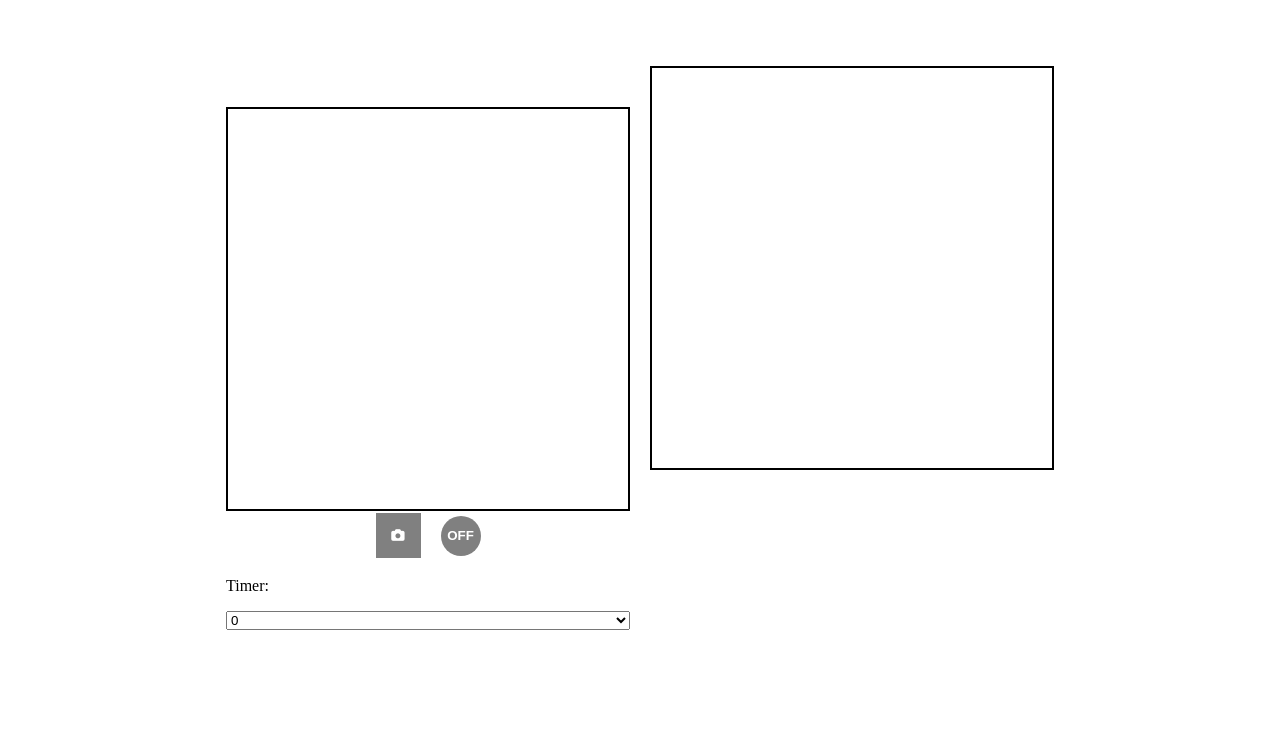
Repository: dmpelaez/photoBoothy
Page: Photobooth.html
The author's editor kept a copy of each file at every save. The page is drawn from the files as they stood at one save, then again after a run of saves.
The browser window is 1280 px wide. The pictures show the whole page.
Some web libraries are served in a nearby version.

Above is the page before, as saved 2025-12-16 23:18:59.

After the next 3 saves:
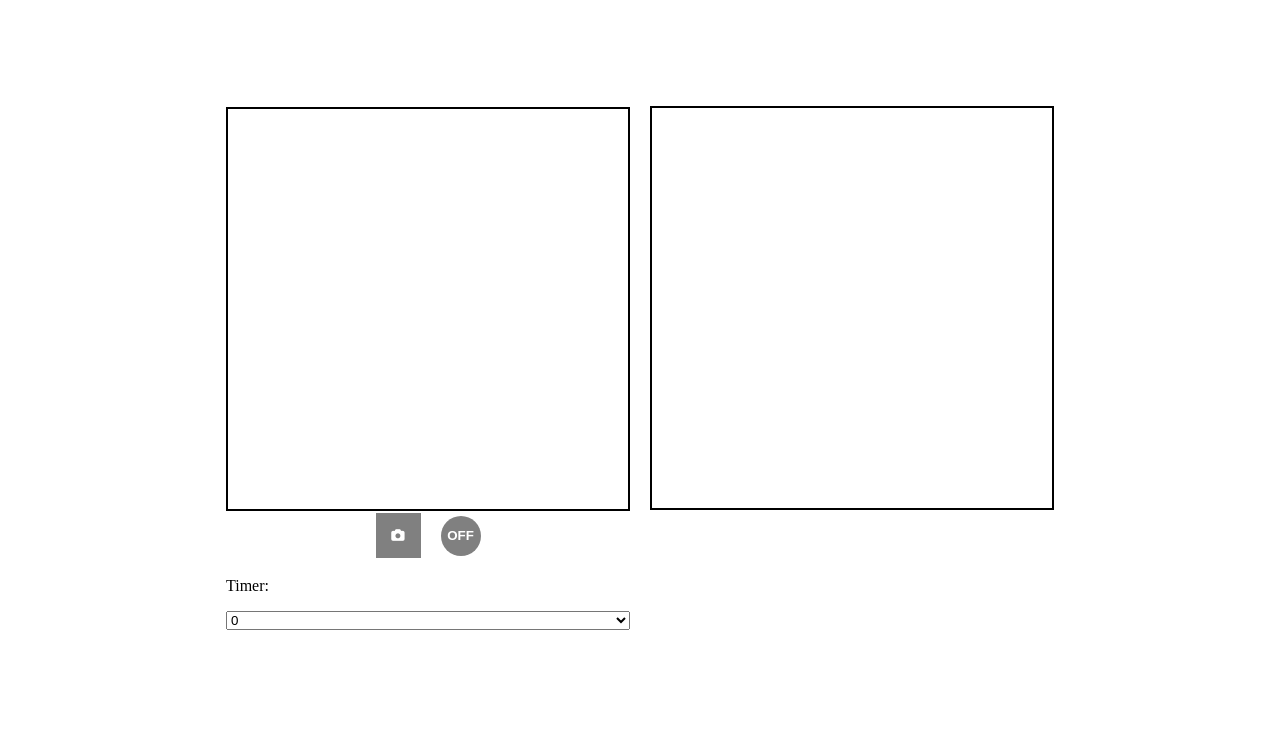
The 3 saves are shown as one change because they came seconds apart.
The last was saved 7 s later.
--- a/Photobooth.css
+++ b/Photobooth.css
@@ -25,7 +25,7 @@ body {
   width: 400px;
 }
 #canvas-image {
-  margin-bottom: 200px;
+  margin-bottom: 120px;
 }
 #video {
   display: grid;
